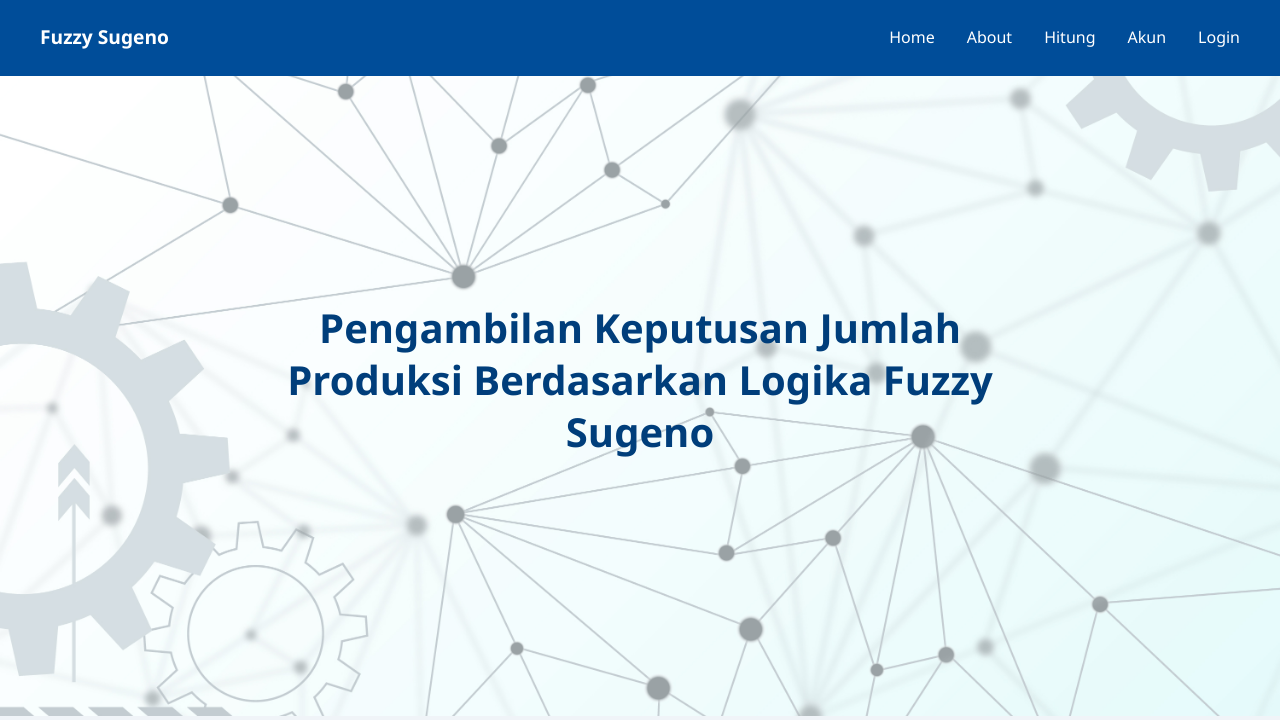
Repository: Senicccc/Defuzzy-Sugeno
Page: http://localhost/
The author's editor kept a copy of each file at every save. The page is drawn from the files as they stood at one save, then again after a run of saves.
The browser window is 1280 px wide. The pictures show the whole page.
The page is run by PHP 8.4 with error messages shown; the project is at /var/www/html/.

Above is the page before, as saved 2025-06-10 13:20:35.

After the next 2 saves:
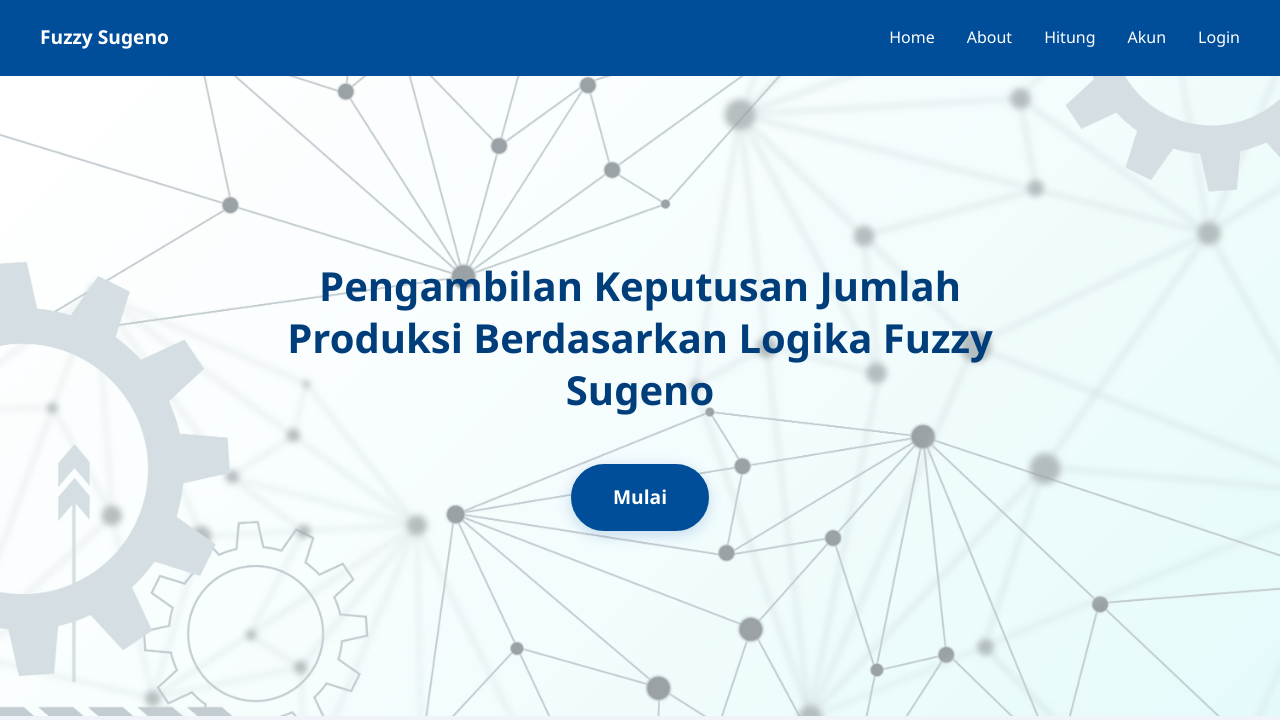
The 2 saves are shown as one change because they came seconds apart.
The last was saved 11 s later.
--- a/index.php
+++ b/index.php
@@ -1,7 +1,3 @@
-<?php
-session_start();
-$isLoggedIn = isset($_SESSION['user_id']);
-?>
 <!DOCTYPE html>
 <html lang="id">
 
@@ -21,6 +17,7 @@ $isLoggedIn = isset($_SESSION['user_id']);
 
     <section class="hero" style="background: url('img/menu-bg.jpg') center center/cover no-repeat;">
         <h1>Pengambilan Keputusan Jumlah Produksi Berdasarkan Logika Fuzzy Sugeno</h1>
+        <a href="php/form.php" class="start-button">Mulai</a>
     </section>
 
 </body>
